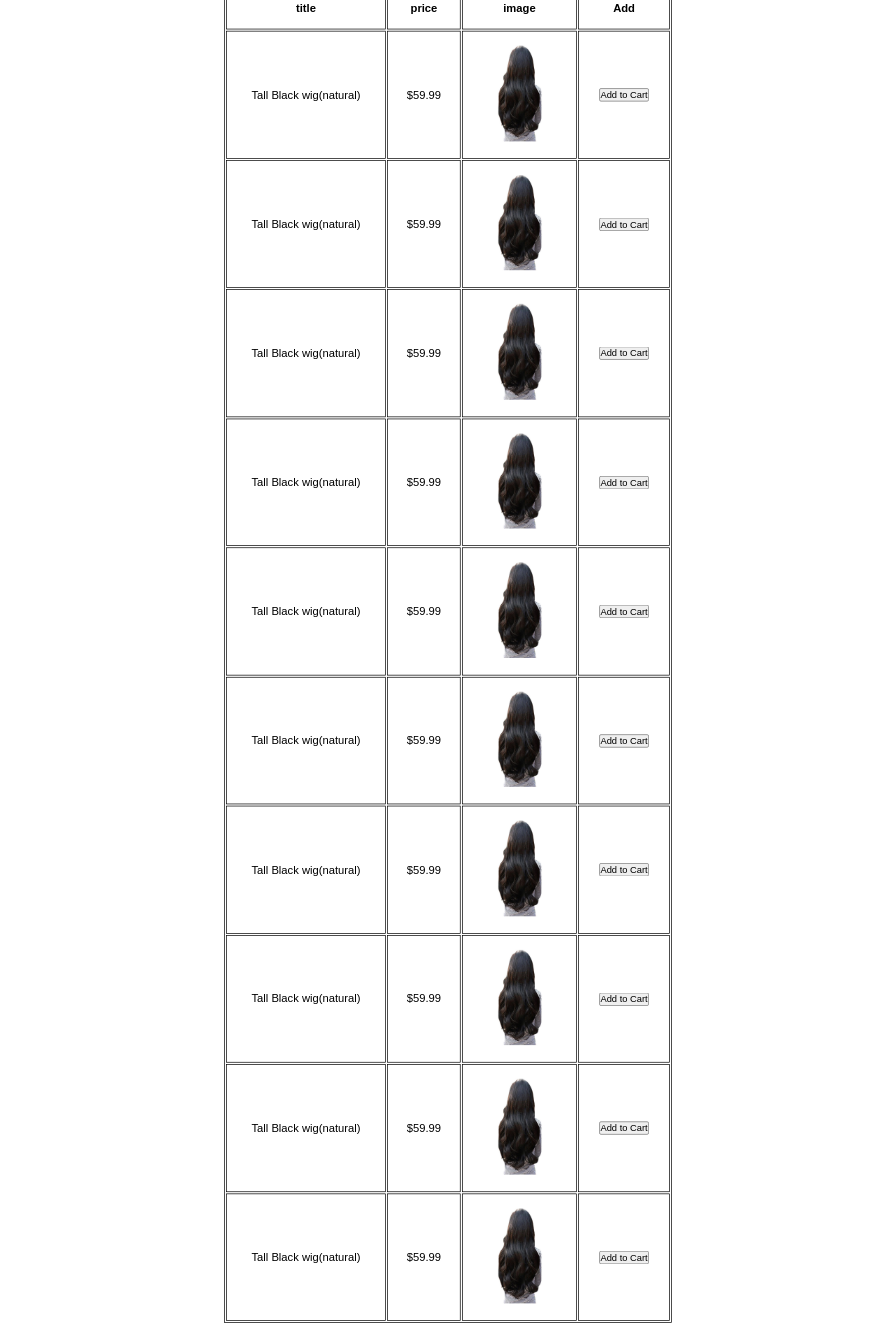
Repository: Zzero202/Zzero202
Page: index.html
These files come from the project's save history. The page is drawn as it stood at one moment and after the next save; the edit follows.
The browser window is 1280 px wide. The pictures show the part of the page from y = 2950 to 4870 px (the page is 4890 px tall before and 5025 px after), at 70% of full size.
A picture or video elsewhere on the page could not be fetched, so the positions and the page height are approximate.

Above is the page before, as saved 2021-12-09 01:48:09.

### index.html
<!DOCTYPE html>

<html>

<head>
	<title>Toupee Shop</title>

	<style>
		* {
			margin: 0;
			padding: 0;
		}

		.navbar {
			display: flex;
			align-items: center;
			justify-content: center;
			position: sticky;
			top: 0;
			cursor: pointer;
		}
    footer{
      display: flex;
			align-items: center;
			justify-content: center;
			position: sticky;
			bottom: 0;
			cursor: pointer;
      width: 100%;
    }

		.background {
			background: black;
			background-blend-mode: darken;
			background-size: cover;
		}

		.nav-list {
			width: 70%;
			display: flex;
			align-items: center;
		}

		.logo {
			display: flex;
			justify-content: center;
			align-items: center;
		}

		.logo img {
			width: 180px;
			border-radius: 50px;
		}

		.nav-list li {
			list-style: none;
			padding: 26px 30px;
		}

		.nav-list li a {
			text-decoration: none;
			color: white;
		}

		.nav-list li a:hover {
			color: grey;
		}

		.rightnav {
			width: 30%;
			text-align: right;
		}

		#search {
			padding: 5px;
			font-size: 17px;
			border: 2px solid grey;
			border-radius: 9px;
		}

		.firstsection {
			background-color: green;
			height: 400px;
		}

		.secondsection {
			background-color: blue;
			height: 400px;
		}

		.box-main {
			display: flex;
			justify-content: center;
			align-items: center;
			color: black;
			max-width: 80%;
			margin: auto;
			height: 80%;
		}

		.firsthalf {
			width: 100%;
			display: flex;
			flex-direction: column;
			justify-content: center;
		}

		.secondhalf {
			width: 30%;
		}

		.secondhalf img {
			width: 70%;
			border: 4px solid white;
			border-radius: 150px;
			display: block;
			margin: auto;
		}

		.text-big {
			font-family: 'Piazzolla', serif;
			font-weight: bold;
			font-size: 35px;
		}

		.text-small {
			font-size: 18px;
		}

		.btn {
			padding: 8px 20px;
			margin: 7px 0;
			border: 2px solid white;
			border-radius: 8px;
			background: none;
			color: white;
			cursor: pointer;
		}

		.btn-sm {
			padding: 6px 10px;
			vertical-align: middle;
		}

		.section {
			height: 400px;
			display: flex;
			align-items: center;
			justify-content: center;
			max-width: 90%;
			margin: auto;
		}

		.section-Left {
			flex-direction: row-reverse;
		}

		.paras {
			padding: 0px 65px;
		}

		.thumbnail img {
			width: 250px;
			border: 2px solid black;
			border-radius: 26px;
			margin-top: 19px;
		}

		.center {
			text-align: center;

text-align: center;
		}


		.text-footer {
			text-align: center;
			padding: 30px 0;
			font-family: 'Ubuntu', sans-serif;
			display: flex;
			justify-content: center;
			color: white;
		}
    .card {
  box-shadow: 0 4px 8px 0 rgba(0, 0, 0, 0.2);
  max-width: 350px;
  margin: 15px;

  text-align: center;
  font-family: arial;
  display: inline-block;
}
.card img{
  width: 350px !important;
  height: 400px !important;
}
.price {
  color: grey;
  font-size: 22px;
}

.card button {
  border: none;
  outline: 0;
  padding: 12px;
  color: white;
  background-color: #000;
  text-align: center;
  cursor: pointer;
  width: 100%;
  font-size: 18px;
}

.card button:hover {
  opacity: 0.7;
}


* {
  margin: 0;
  padding: 0;
  box-sizing: border-box;
  font-family: "Nunito", sans-serif;
}

h1 {
  font-size: 16px;
  margin: 5px;
}
.container {
  width: 100%;
  height: 92vh;
  display: flex;
  justify-content: space-evenly;
  align-items: center;
  background-color: #f9fafc;
}

/*
Payment Information card
*/
.details_card {
  width: 700px;
  height: 400px;
  box-shadow: 0 0 5px 0 rgba(0, 0, 0, 0.2);
  border-radius: 8px;
  padding: 10px;
  background-color: #fff;
}

/*
Order Summary Card
*/
.summary_card {
  background-color: #fff;
  width: 350px;
  height: 400px;
  box-shadow: 0 0 5px 0 rgba(0, 0, 0, 0.2);
  border-radius: 8px;
  padding: 10px;
}

/*
Order Card Item Card
*/
.card_item {
  display: flex;
  position: relative;
  margin: 10px 0;
}
.close-btn {
  position: absolute;
  right: 10px;
  top: 5px;
}

.card_item .product_img img {
  height: 80px;
  margin-right: 20px;
  width: 70px;
  border-radius: 5px;
}

.product_info h1 {
  font-size: 20px;
  color: #1e212d;
  margin: 5px 0;
}

.product_info p {
  color: #a1a1a1;
  font-size: 14px;
}
.product_rate_info {
  display: flex;
  margin: 5px 0;
  align-items: center;
  justify-content: space-between;
}

/*
cart item + & -
*/
.pqt {
  font-size: 20px;
  line-height: 30px;
  width: 30px;
  text-align: center;
}

.pqt-plus,
.pqt-minus {
  background: #fcfcfc;
  border: none;
  font-size: 20px;
  height: 100%;
  padding: 0 15px;
}
.pqt-plus:hover,
.pqt-minus:hover {
  background: #53b5aa;
  color: #fff;
  cursor: pointer;
}

.pqt-plus {
  line-height: 30px;
}

.pqt-minus {
  line-height: 30px;
}
/*
Order price & total
*/
.order_price,
.order_service,
.order_total {
  display: flex;

  justify-content: space-between;
  padding: 10px;
}
.order_price p,
.order_service p {
  color: #a1a1a1;
}

.order_total p {
  font-weight: 600;
}

/*
Payment Information all input
*/

.payment_details input {
  outline: 0;
  background: #f2f2f2;
  border-radius: 4px;
  width: 100%;
  border: 0;
  caret-color: #4f5d7e;
  margin: 10px 15px;
  padding: 15px 20px;
  box-sizing: border-box;
  font-size: 14px;
}

.first_lastName,
.shipping_card,
.address {
  display: flex;
  justify-content: space-between;
  margin: 10px 0;
}

.new_card {
  width: 100%;
  height: 100px;
  border: 2px solid #53b5aa;
  padding: 10px;
  margin: 10px;
  border-radius: 10px;
}

.add_savedcard {
  width: 100%;
  height: 100px;
  border: 2px solid #a1a1a1;
  padding: 10px;
  margin: 10px;
  border-radius: 10px;
}
/*
Procced Payment button
*/
.proced_payment a {
  padding: 10px 20px;
  width: 200px;
  border: 2px solid #f5f5f5;
  background-color: #53b5aa;
  color: #000;
  margin-left: 10px;
  cursor: pointer;
  text-decoration: none;
}

footer {
  background-color: #000;
  color: #fff;
  height: 50px;
  text-align: center;
}
footer a {
  text-decoration: none;
  color: #fff;
}
	</style>
</head>

<body>
	<nav class="navbar background">
		<ul class="nav-list">
			<div class="logo">
				<img src= "logo.png">
			</div>
			<li><a href="#shop">Wigs Shop</a></li>

		</ul>

		<div class="rightNav">
			<input type="text" name="search" id="search">
			<button class="btn btn-sm">Search</button>
		</div>
	</nav>


<div class="products center">
  <div class="card">
    <img src="img/1.jpg"   style="width:100%">
    <h1>Tall Black wig(natural)</h1>
    <p class="price">$59.99</p>

    <p><button>Add to Cart</button></p>
  </div>
  <div class="card">
    <img src="img/2.jpg">
    <h1>Red Short wig (natural)</h1>
    <p class="price">$77</p>

    <p><button>Add to Cart</button></p>
  </div>
  <div class="card">
    <img src="img/3.jpg"   style="width:100%">
    <h1>Curly Tall wig</h1>
    <p class="price">$33</p>

    <p><button>Add to Cart</button></p>
  </div>
  <div class="card">
    <img src="img/4.jpg"   style="width:100%">
    <h1>Silk Tall wig</h1>
    <p class="price">$87.99</p>

    <p><button>Add to Cart</button></p>
  </div>
  <div class="card">
    <img src="img/5.jpg"   style="width:100%">
    <h1>Fire Red wig</h1>
    <p class="price">$199.99</p>

    <p><button>Add to Cart</button></p>
  </div>
  <div class="card">
    <img src="img/6.jpg"   style="width:100%">
    <h1>Golden wig(natural)</h1>
    <p class="price">$19.99</p>

    <p><button>Add to Cart</button></p>
  </div>
  <div class="card">
    <img src=" img/7.jpg"   style="width:100%">
    <h1>Curly Short Brown wig</h1>
    <p class="price">$100.99</p>

    <p><button>Add to Cart</button></p>
  </div>
  <div class="card">
    <img src=" img/8.jpg"   style="width:100%">
    <h1>natural  black wig </h1>
    <p class="price">$66.99</p>

    <p><button>Add to Cart</button></p>
  </div>
  <div class="card">
    <img src=" img/9.jpg"   style="width:100%">
    <h1>black wig </h1>
    <p class="price">$55.99</p>

    <p><button>Add to Cart</button></p>
  </div>
  <div class="card">
    <img src=" img/10.jpg"   style="width:100%">
    <h1>golden wig</h1>
    <p class="price">$44.99</p>

    <p><button>Add to Cart</button></p>
  </div>
  <div class="card">
    <img src=" img/11.jpg"   style="width:100%">
    <h1>black natural wig</h1>
    <p class="price">$15.99</p>

    <p><button>Add to Cart</button></p>
  </div>
  <div class="card">
    <img src=" img/12.jpg"   style="width:100%">
    <h1>red wig </h1>
    <p class="price">$33.99</p>

    <p><button>Add to Cart</button></p>

</div>



<div class="container">
  <div class="payment_details">
    <h1>Payment Information</h1>
    <div class="details_card">
      <div class="name_address">
        <div class="first_lastName">
          <input type="text" placeholder="First Name" />
          <input type="text" placeholder="Last Name" />
        </div>
        <div class="address">
          <input type="text" onkeyup="change()" id="put" placeholder="Address" />
          <input type="number" placeholder="Pincode" />
          <input type="text" placeholder="Country" />
        </div>
      </div>
      <h1>Shipping Details</h1>
      <div class="shipping_card">
        <div class="new_card">
          <h4>Same as personal</h4>
          <p id="output">Bharat House Bombay Samachar Road</p>
          <p>400001</p>
        </div>
        <div class="add_savedcard">
          <h4>Saved Address</h4>
          <p>Lokhandwala Complex, Andheri (west)</p>
          <p>400053</p>
        </div>
      </div>
      <div class="proced_payment">
        <a href="">Procced to payment</a>
      </div>
    </div>
  </div>
  <div class="order_summary">
    <h1>Order Summary</h1>
    <div class="summary_card">
      <div class="card_item">
        <div class="product_img">
          <img src=https://images.unsplash.com/photo-1525966222134-fcfa99b8ae77?ixid=MXwxMjA3fDB8MHxwaG90by1wYWdlfHx8fGVufDB8fHw%3D&ixlib=rb-1.2.1&auto=format&fit=crop&w=643&q=80" alt="" />
        </div>
        <div class="product_info">
          <h1>Nike Shoes</h1>
          <p>Lorem Ipsum is simply dummy text.</p>
          <div class="close-btn">
            <i class="fa fa-close"></i>
          </div>
          <div class="product_rate_info">
            <h1>$ 200</h1>
            <span class="pqt-minus">-</span>
            <span class="pqt">1</span>
            <span class="pqt-plus">+</span>
          </div>
        </div>
      </div>
      <div class="card_item">
        <div class="product_img">
          <img src="https://images.unsplash.com/photo-1543512214-318c7553f230?ixid=MXwxMjA3fDB8MHxwaG90by1wYWdlfHx8fGVufDB8fHw%3D&ixlib=rb-1.2.1&auto=format&fit=crop&w=634&q=80" alt="" />
        </div>
        <div class="product_info">
          <h1>Amazon Prime</h1>
          <p>Lorem Ipsum is simply dummy text.</p>
          <div class="close-btn">
            <i class="fa fa-close"></i>
          </div>
          <div class="product_rate_info">
            <h1>$ 160</h1>
            <span class="pqt-minus">-</span>
            <span class="pqt">1</span>
            <span class="pqt-plus">+</span>
          </div>
        </div>
      </div>
      <hr />
      <div class="order_price">
        <p>Order summary</p>
        <h4>$400</h4>
      </div>
      <div class="order_service">
        <p>Additional Service</p>
        <h4>$10</h4>
      </div>
      <div class="order_total">
        <p>Total Amount</p>
        <h4>$370</h4>
      </div>
    </div>
  </div>
</div>
<section class="table-pic">
  <table>
    <thead>
      <tr>
        <th>title</th>
        <th>price</th>
        <th>image</th>
        <th>Add</th>
      </tr>
    </thead>
    <tbody>
      <tr>
        <td>Tall Black wig(natural)</td>
        <td>$59.99</td>
        <td><img src="img/1.jpg" width="100" alt=""></td>
        <td><button>Add to Cart</button></td>
      </tr>
      <tr>
        <td>Tall Black wig(natural)</td>
        <td>$59.99</td>
        <td><img src="img/1.jpg" width="100" alt=""></td>
        <td><button>Add to Cart</button></td>
      </tr>
      <tr>
        <td>Tall Black wig(natural)</td>
        <td>$59.99</td>
        <td><img src="img/1.jpg" width="100" alt=""></td>
        <td><button>Add to Cart</button></td>
      </tr>
      <tr>
        <td>Tall Black wig(natural)</td>
        <td>$59.99</td>
        <td><img src="img/1.jpg" width="100" alt=""></td>
        <td><button>Add to Cart</button></td>
      </tr>
      <tr>
        <td>Tall Black wig(natural)</td>
        <td>$59.99</td>
        <td><img src="img/1.jpg" width="100" alt=""></td>
        <td><button>Add to Cart</button></td>
      </tr>
      <tr>
        <td>Tall Black wig(natural)</td>
        <td>$59.99</td>
        <td><img src="img/1.jpg" width="100" alt=""></td>
        <td><button>Add to Cart</button></td>
      </tr>
      <tr>
        <td>Tall Black wig(natural)</td>
        <td>$59.99</td>
        <td><img src="img/1.jpg" width="100" alt=""></td>
        <td><button>Add to Cart</button></td>
      </tr>
      <tr>
        <td>Tall Black wig(natural)</td>
        <td>$59.99</td>
        <td><img src="img/1.jpg" width="100" alt=""></td>
        <td><button>Add to Cart</button></td>
      </tr>
      <tr>
        <td>Tall Black wig(natural)</td>
        <td>$59.99</td>
        <td><img src="img/1.jpg" width="100" alt=""></td>
        <td><button>Add to Cart</button></td>
      </tr>
      <tr>
        <td>Tall Black wig(natural)</td>
        <td>$59.99</td>
        <td><img src="img/1.jpg" width="100" alt=""></td>
        <td><button>Add to Cart</button></td>
      </tr>
    </tbody>
  </table>
</section>
<footer>
  <a >	Copyright ©-All rights are reserved</a>
</footer>

</body>

</html>
<style>
  table{
    border:1px solid black;
    width:50%;
    margin: auto;
  }
  table tr td,th{
    border: 1px solid black;
    padding:20px;
  }
</style>

After the next save:
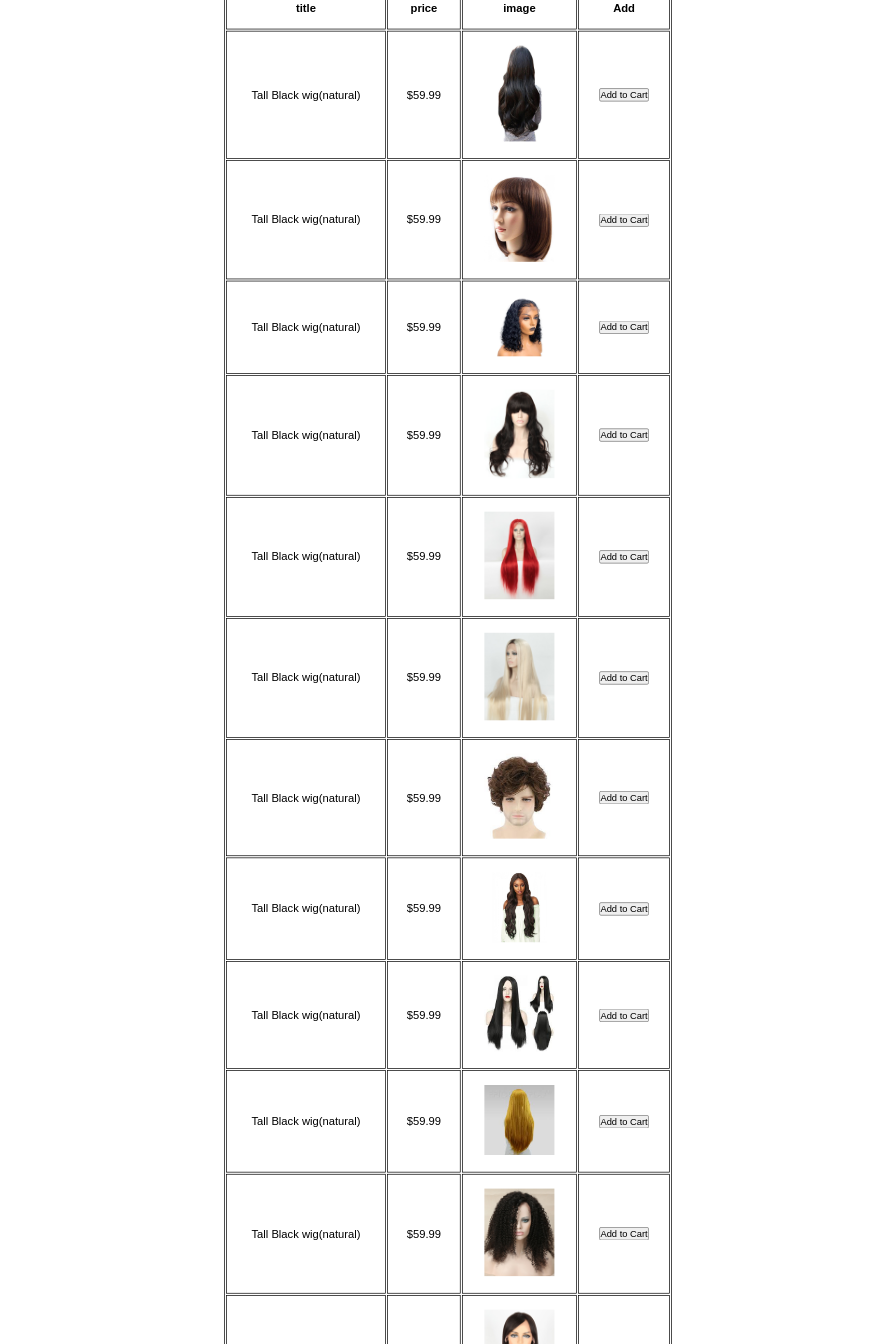
Saved 3 min 0 s later.
--- a/index.html
+++ b/index.html
@@ -633,55 +633,67 @@ footer a {
       <tr>
         <td>Tall Black wig(natural)</td>
         <td>$59.99</td>
-        <td><img src="img/1.jpg" width="100" alt=""></td>
-        <td><button>Add to Cart</button></td>
-      </tr>
-      <tr>
-        <td>Tall Black wig(natural)</td>
-        <td>$59.99</td>
-        <td><img src="img/1.jpg" width="100" alt=""></td>
-        <td><button>Add to Cart</button></td>
-      </tr>
-      <tr>
-        <td>Tall Black wig(natural)</td>
-        <td>$59.99</td>
-        <td><img src="img/1.jpg" width="100" alt=""></td>
-        <td><button>Add to Cart</button></td>
-      </tr>
-      <tr>
-        <td>Tall Black wig(natural)</td>
-        <td>$59.99</td>
-        <td><img src="img/1.jpg" width="100" alt=""></td>
-        <td><button>Add to Cart</button></td>
-      </tr>
-      <tr>
-        <td>Tall Black wig(natural)</td>
-        <td>$59.99</td>
-        <td><img src="img/1.jpg" width="100" alt=""></td>
-        <td><button>Add to Cart</button></td>
-      </tr>
-      <tr>
-        <td>Tall Black wig(natural)</td>
-        <td>$59.99</td>
-        <td><img src="img/1.jpg" width="100" alt=""></td>
-        <td><button>Add to Cart</button></td>
-      </tr>
-      <tr>
-        <td>Tall Black wig(natural)</td>
-        <td>$59.99</td>
-        <td><img src="img/1.jpg" width="100" alt=""></td>
-        <td><button>Add to Cart</button></td>
-      </tr>
-      <tr>
-        <td>Tall Black wig(natural)</td>
-        <td>$59.99</td>
-        <td><img src="img/1.jpg" width="100" alt=""></td>
-        <td><button>Add to Cart</button></td>
-      </tr>
-      <tr>
-        <td>Tall Black wig(natural)</td>
-        <td>$59.99</td>
-        <td><img src="img/1.jpg" width="100" alt=""></td>
+        <td><img src="img/2.jpg" width="100" alt=""></td>
+        <td><button>Add to Cart</button></td>
+      </tr>
+      <tr>
+        <td>Tall Black wig(natural)</td>
+        <td>$59.99</td>
+        <td><img src="img/3.jpg" width="100" alt=""></td>
+        <td><button>Add to Cart</button></td>
+      </tr>
+      <tr>
+        <td>Tall Black wig(natural)</td>
+        <td>$59.99</td>
+        <td><img src="img/4.jpg" width="100" alt=""></td>
+        <td><button>Add to Cart</button></td>
+      </tr>
+      <tr>
+        <td>Tall Black wig(natural)</td>
+        <td>$59.99</td>
+        <td><img src="img/5.jpg" width="100" alt=""></td>
+        <td><button>Add to Cart</button></td>
+      </tr>
+      <tr>
+        <td>Tall Black wig(natural)</td>
+        <td>$59.99</td>
+        <td><img src="img/6.jpg" width="100" alt=""></td>
+        <td><button>Add to Cart</button></td>
+      </tr>
+      <tr>
+        <td>Tall Black wig(natural)</td>
+        <td>$59.99</td>
+        <td><img src="img/7.jpg" width="100" alt=""></td>
+        <td><button>Add to Cart</button></td>
+      </tr>
+      <tr>
+        <td>Tall Black wig(natural)</td>
+        <td>$59.99</td>
+        <td><img src="img/8.jpg" width="100" alt=""></td>
+        <td><button>Add to Cart</button></td>
+      </tr>
+      <tr>
+        <td>Tall Black wig(natural)</td>
+        <td>$59.99</td>
+        <td><img src="img/9.jpg" width="100" alt=""></td>
+        <td><button>Add to Cart</button></td>
+      </tr>
+      <tr>
+        <td>Tall Black wig(natural)</td>
+        <td>$59.99</td>
+        <td><img src="img/10.jpg" width="100" alt=""></td>
+        <td><button>Add to Cart</button></td>
+      </tr>
+      <tr>
+        <td>Tall Black wig(natural)</td>
+        <td>$59.99</td>
+        <td><img src="img/11.jpg" width="100" alt=""></td>
+        <td><button>Add to Cart</button></td>
+      </tr>
+      <tr>
+        <td>Tall Black wig(natural)</td>
+        <td>$59.99</td>
+        <td><img src="img/12.jpg" width="100" alt=""></td>
         <td><button>Add to Cart</button></td>
       </tr>
     </tbody>
